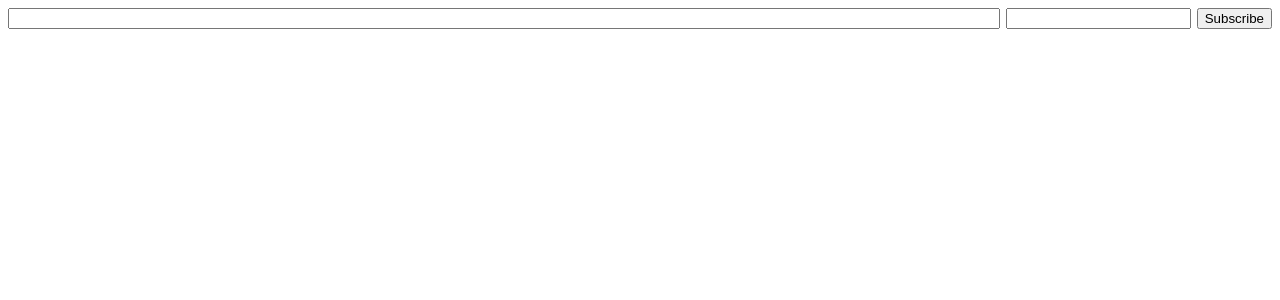
Repository: dinhhaidh/slider-book
Page: index.html
These files come from the project's save history. The page is drawn as it stood at one moment and after a run of saves; the edit follows.
The browser window is 1280 px wide. The pictures show the whole page.

Above is the page before, as saved 2024-01-15 10:26:55.

After the next 11 saves:
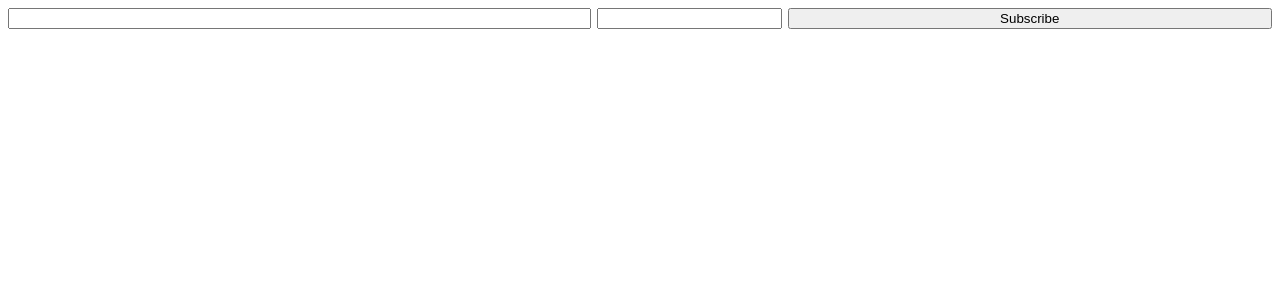
The 11 saves are shown as one change because they came seconds apart.
The last was saved 24 s later.
--- a/index.html
+++ b/index.html
@@ -14,7 +14,10 @@
     .name{
         flex: 1 0 130px;
     }
-
+    button{
+        flex: 1 0 40px;
+        background: #0;
+    }
 </style>
 <body>
     <form action="">
